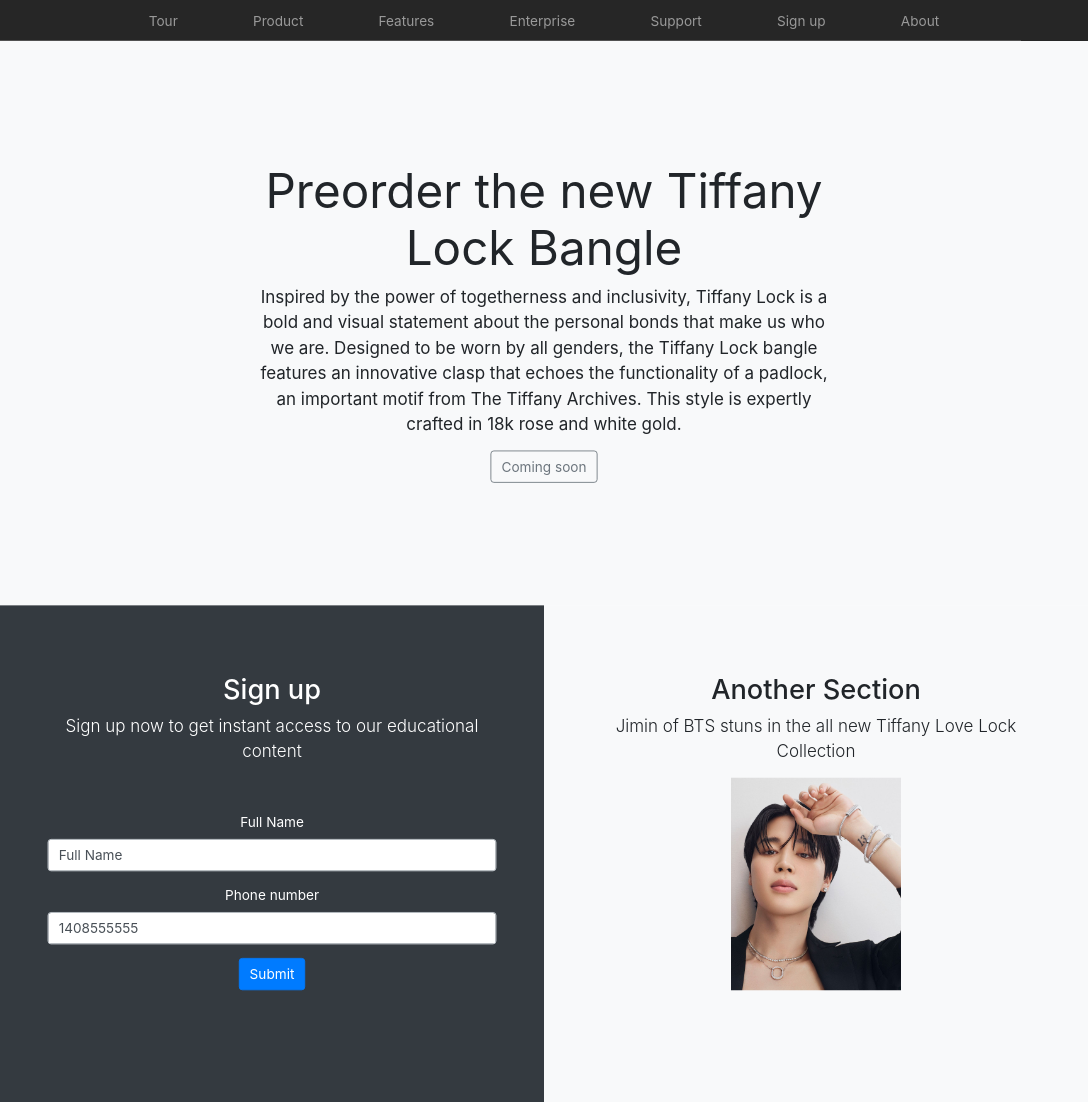
Repository: LakshanyaRamadhenu/x
Page: LearnCS8-Twilio/index.html
The author's editor kept a record of every edit. The page is drawn from the files as they stood at one moment, then again after the next edit.
The browser window is 1280 px wide. The pictures show the whole page, at 85% of full size.

Above is the page before.

After the next edit:
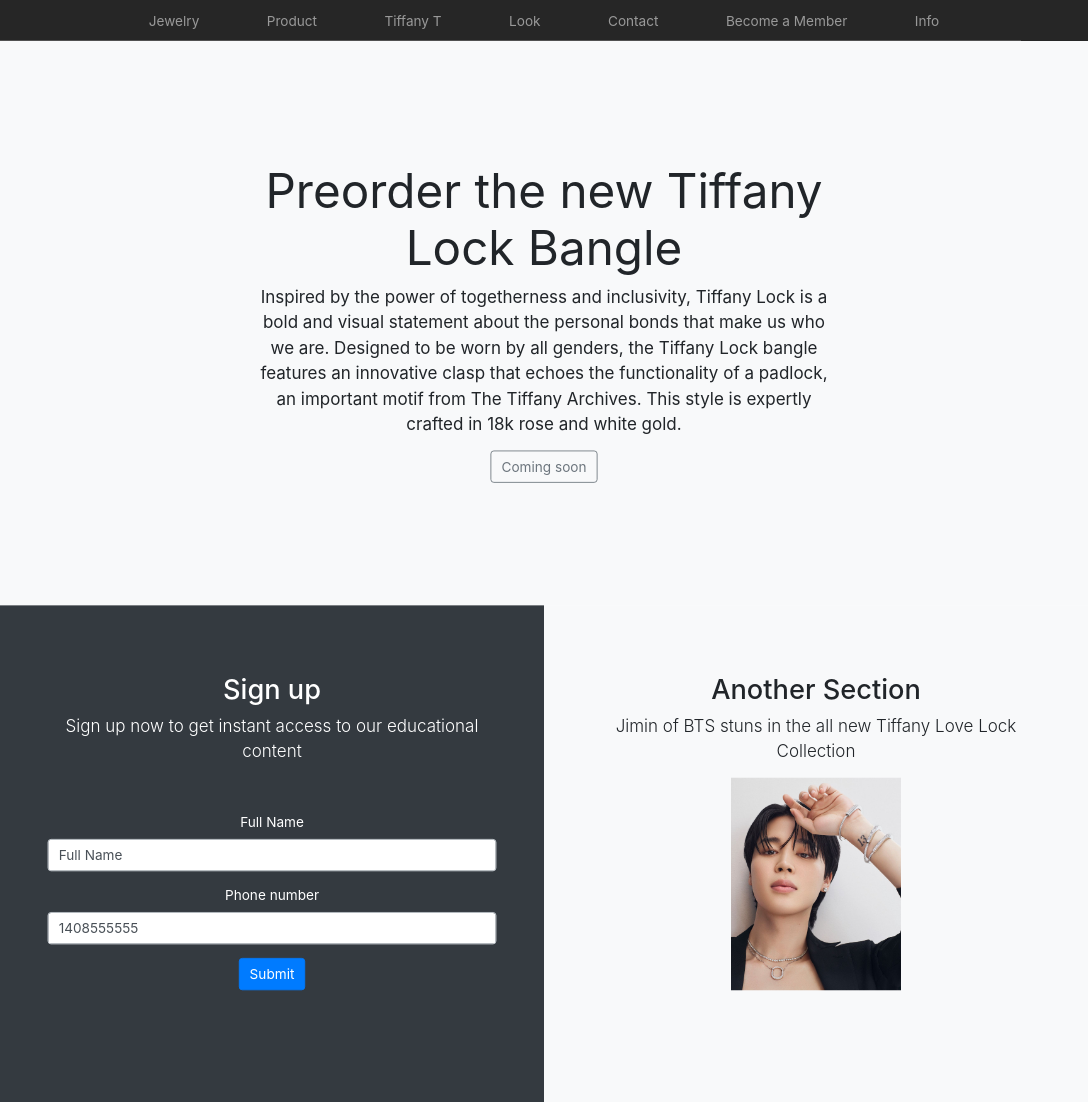
The edit:
--- a/LearnCS8-Twilio/index.html
+++ b/LearnCS8-Twilio/index.html
@@ -18,13 +18,13 @@
     <nav class="site-header sticky-top py-1">
     <!-- Top Menu Bar -->
     <div class="container d-flex flex-column flex-md-row justify-content-between">
-        <a class="py-2 d-none d-md-inline-block" id="menu-item-1" href="https://www.tiffany.com/high-jewelry/" target="_blank">Tour</a>
-        <a class="py-2 d-none d-md-inline-block" id="menu-item-2" href="https://www.tiffany.com/jewelry/bracelets/tiffany-lock-bangle-GRP12222/" target="_blank">Product</a>
-        <a class="py-2 d-none d-md-inline-block" id="menu-item-3" href="https://www.tiffany.com/stories/new-tiffany-t/" target="_blank">Features</a>
-        <a class="py-2 d-none d-md-inline-block" id="menu-item-4" href="https://www.tiffany.com/stories/guide/how-to-set-a-formal-dinner-table/" target="_blank">Enterprise</a>
-        <a class="py-2 d-none d-md-inline-block" id="menu-item-5" href="https://www.tiffany.com/customer-service/" target="_blank">Support</a>
-        <a class="py-2 d-none d-md-inline-block" id="menu-item-6" href="https://www.tiffany.com/Customer/Account/SignIn.aspx?destYA=true" target="_blank">Sign up</a>
-        <a class="py-2 d-none d-md-inline-block" id="menu-item-7" href="https://www.tiffany.com/" target="_blank">About</a>
+        <a class="py-2 d-none d-md-inline-block" id="menu-item-1" href="https://www.tiffany.com/high-jewelry/" target="Jewelry">Jewelry</a>
+        <a class="py-2 d-none d-md-inline-block" id="menu-item-2" href="https://www.tiffany.com/jewelry/bracelets/tiffany-lock-bangle-GRP12222/" target="Product">Product</a>
+        <a class="py-2 d-none d-md-inline-block" id="menu-item-3" href="https://www.tiffany.com/stories/new-tiffany-t/" target="Tiffay T">Tiffany T</a>
+        <a class="py-2 d-none d-md-inline-block" id="menu-item-4" href="https://www.tiffany.com/stories/guide/how-to-set-a-formal-dinner-table/" target="Look">Look</a>
+        <a class="py-2 d-none d-md-inline-block" id="menu-item-5" href="https://www.tiffany.com/customer-service/" target="Contact">Contact</a>
+        <a class="py-2 d-none d-md-inline-block" id="menu-item-6" href="https://www.tiffany.com/Customer/Account/SignIn.aspx?destYA=true" target="Become a member">Become a Member</a>
+        <a class="py-2 d-none d-md-inline-block" id="menu-item-7" href="https://www.tiffany.com/" target="Info">Info</a>
     </div>
 </nav>
 <!-- Main Header Section h1-->
